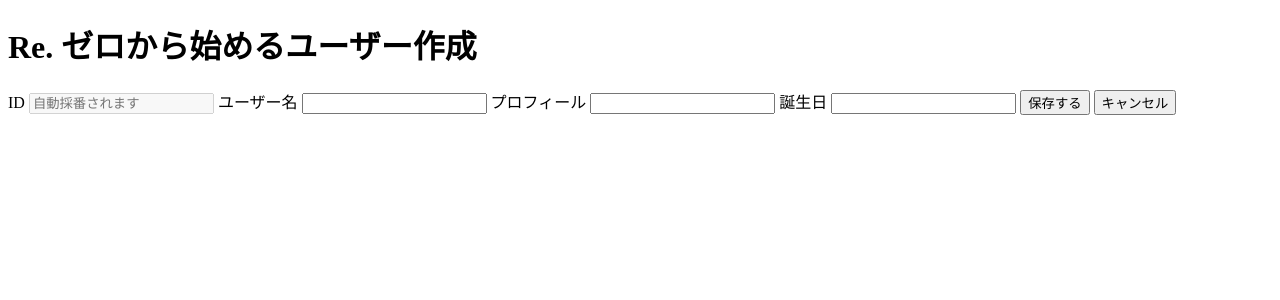
Repository: ShunsukeTanizaki/sqlite_api_lesson
Page: app/public/create.html
These files come from the project's save history. The page is drawn as it stood at one moment and after the next save; the edit follows.
The browser window is 1280 px wide. The pictures show the whole page.

Above is the page before, as saved 2021-02-07 17:09:45.

### app/public/create.html
<!DOCTYPE html>
<html lang="ja">
<head>
    <meta charset="UTF-8">
    <meta name="viewport" content="width=device-width, initial-scale=1.0">
    <title>Re.ゼロから始めるWeb API入門</title>
    <!-- Load scripts -->
    <script src="js/search.js" defer></script>
    <script src="js/users.js" defer></script>
    <script src="js/index.js" defer></script>
</head>
<body>
    <main>
        <h1>Re. ゼロから始めるユーザー作成</h1>
        <label for="uid">ID</label>
        <input type="text" id="uid" placeholder="自動採番されます" disabled />
        <label for="name">ユーザー名</label>
        <input type="text" id="name" />
        <label for="profile">プロフィール</label>
        <input type="text" id="profile" />
        <label for="date-of-birth">誕生日</label>
        <input type="text" id="date-of-birth" />

        <button id="save-btn">保存する</button>
        <button id="cancel-btn">キャンセル</button>
    </main>
</body>
</html>

### app/public/js/search.js
const serachModule = (() => {
    const BASE_URL = "http://localhost:3000/api/v1/search"
    return {
        serachUsers: async () => {
            // 検索窓への入力値を取得
            const query = document.getElementById("search").value

            const res = await fetch(BASE_URL + '?q=' + query)
            const result = await res.json()

            let body = ""

            for (let i = 0; i < result.length; i++) {
                const user = result[i]
                body += `<tr>
                            <td>${user.id}</td>
                            <td>${user.name}</td>
                            <td>${user.profile}</td>
                            <td>${user.date_of_birth}</td>
                            <td>${user.created_at}</td>
                            <td>${user.updated_at}</td>
                        </tr>`
            }

            document.getElementById("users-list").innerHTML = body
        }
    }
})()

### app/public/js/users.js
// 即時関数でモジュール化
const usersModule = (() => {
    const BASE_URL = "http://localhost:3000/api/v1/users"

    // ヘッダーの設定
    const headers = new Headers()
    headers.set("Content-Type", "application/json")

    const handleError = async (res) => {
        const resJson = await res.json()

        switch (res.status) {
            case 200:
                alert(resJson.message)
                window.location.href = "/"
                break;
            case 201:
                alert(resJson.message)
                window.location.href = "/"
                break;
            case 400:
                // リクエストのパラメータ間違い
                alert(resJson.error)
                break;
            case 404:
                // 指定したリソースが見つからない
                alert(resJson.error)
                break;
            case 500:
                // サーバーの内部エラー
                alert(resJson.error)
                break;
            default:
                alert("何らかのエラーが発生しました。　")
                break;
        }

    }

    return {
        fetchAllUsers: async () => {
            const res = await fetch(BASE_URL)
            const users = await res.json()

            for (let i=0; i < users.length; i++) {
                const user = users[i]
                const body = `<tr>
                                <td>${user.id}</td>
                                <td>${user.name}</td>
                                <td>${user.profile}</td>
                                <td>${user.date_of_birth}</td>
                                <td>${user.created_at}</td>
                                <td>${user.updated_at}</td>
                                <td><a href="edit.html?uid=${user.id}">編集</a></td>
                            </tr>`
                document.getElementById("users-list").insertAdjacentHTML("beforeend", body)
            }
        },
        createUser: async () => {
            const name = document.getElementById("name").value
            const profile = document.getElementById("profile").value
            const dateOfBirth = document.getElementById("date-of-birth").value

            // リクエストのbody
            const body = {
                name: name,
                profile: profile,
                date_of_birth: dateOfBirth
            }

            const res = await fetch(BASE_URL, {
                method: "POST",
                headers: headers,
                body: JSON.stringify(body)
            })

            return handleError(res)
        },
        setExistingValue: async (uid) => {
            const res = await fetch(BASE_URL + "/" + uid)
            const resJson = await res.json()

            document.getElementById('name').value = resJson.name
            document.getElementById('profile').value = resJson.profile
            document.getElementById('date-of-birth').value = resJson.date_of_birth
        },
        saveUser: async (uid) => {
            const name = document.getElementById("name").value
            const profile = document.getElementById("profile").value
            const dateOfBirth = document.getElementById("date-of-birth").value

            // リクエストのbody
            const body = {
                name: name,
                profile: profile,
                date_of_birth: dateOfBirth
            }

            const res = await fetch(BASE_URL + "/" + uid, {
                method: "PUT",
                headers: headers,
                body: JSON.stringify(body)
            })
            return handleError(res)
        },
        deleteUser: async (uid) => {
            const ret = window.confirm('このユーザーを削除しますか？')
            if (!ret) {
                return false
            } else {
                const res = await fetch(BASE_URL + "/" + uid, {
                    method: "DELETE",
                    headers: headers
                })

                return handleError(res)
            }
        }
    }
})()

### app/public/js/index.js
const indexModule = (() => {
    const path = window.location.pathname

    switch (path) {
        case '/':
        //検索ボタンをクリックした時のイベントリスナーを設定
        document.getElementById("search-btn").addEventListener('click', () => {
            return serachModule.serachUsers()
        })
    // UsersモジュールのfetchAllUsersメソッドを呼び出す
            return usersModule.fetchAllUsers()

        case '/create.html':
            document.getElementById("save-btn").addEventListener('click', () => {
                return usersModule.createUser()
            })
            document.getElementById("cancel-btn").addEventListener('click', () => {
                return window.location.href = '/'
            })
            break;

        case '/edit.html':
            const uid = window.location.search.split('?uid=')[1]

                document.getElementById("save-btn").addEventListener('click', () => {
                    return usersModule.saveUser(uid)
                })
                document.getElementById("cancel-btn").addEventListener('click', () => {
                    return window.location.href = '/'
                })
                document.getElementById("delete-btn").addEventListener('click', () => {
                    return usersModule.deleteUser(uid)
                })

                return usersModule.setExistingValue(uid)

            default:
                break;
    }



})()

After the next save:
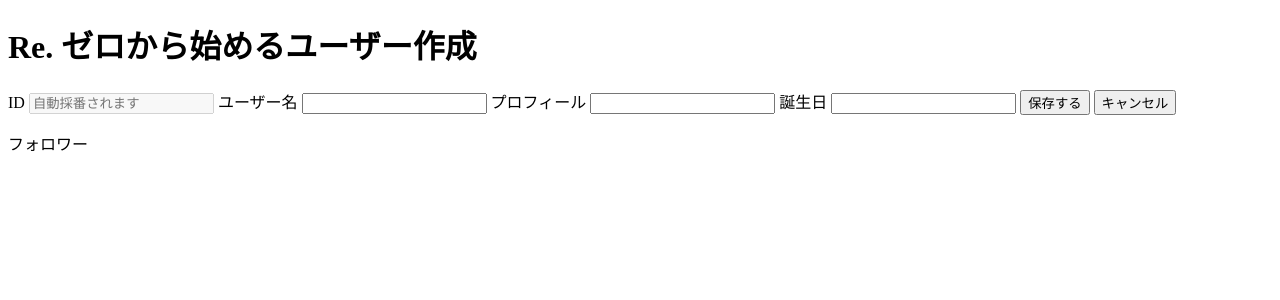
Saved 3 min 22 s later.
--- a/app/public/create.html
+++ b/app/public/create.html
@@ -23,6 +23,8 @@
 
         <button id="save-btn">保存する</button>
         <button id="cancel-btn">キャンセル</button>
+
+        <p>フォロワー</p>
     </main>
 </body>
 </html>

After the save that followed:
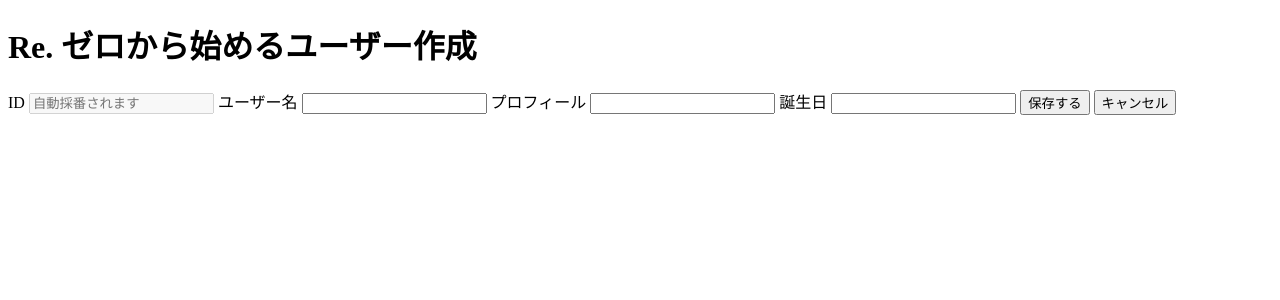
Saved 63 s later.
--- a/app/public/create.html
+++ b/app/public/create.html
@@ -23,8 +23,6 @@
 
         <button id="save-btn">保存する</button>
         <button id="cancel-btn">キャンセル</button>
-
-        <p>フォロワー</p>
     </main>
 </body>
 </html>
